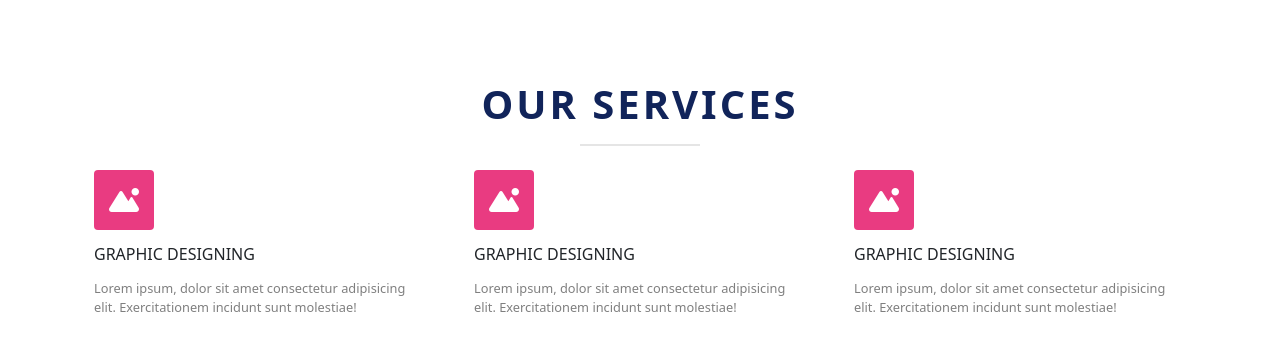
Repository: lhggiang/CaseStudy
Page: index.html
These files come from the project's save history. The page is drawn as it stood at one moment and after the next save; the edit follows.
The browser window is 1280 px wide. The pictures show the part of the page from y = 778 to 1347 px (the page is 1136 px tall before and 1347 px after).
Backgrounds fixed to the window are drawn as part of the page. Some web libraries are served in a nearby version. The style sheet was rebuilt from its Sass, Less or Tailwind sources for each picture, by a compiler version that may differ from the author's.

Above is the page before, as saved 2023-02-22 07:59:23.

After the next save:
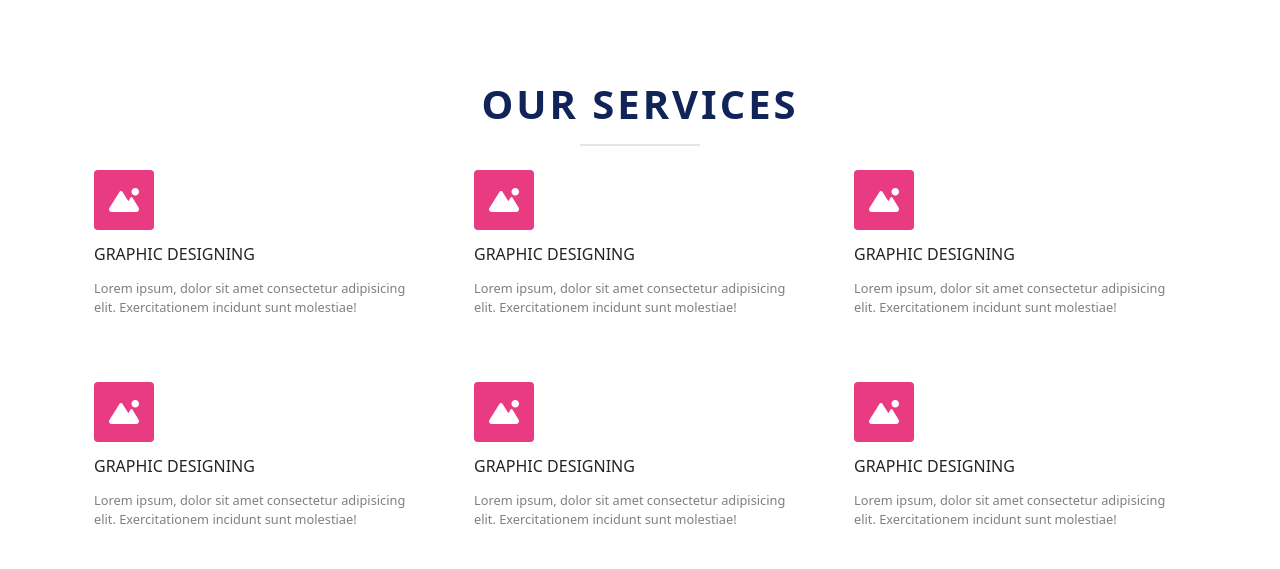
Saved 14 s later.
--- a/index.html
+++ b/index.html
@@ -101,6 +101,33 @@
                         Exercitationem incidunt sunt molestiae!
                     </p>
                 </div>
+                <div class="col-lg-4 col-sm-6 p-4">
+                    <div class="services__icon">
+                        <i class="fa-solid fa-mountain-sun"></i>
+                    </div>
+                    <h4 class="services__title">GRAPHIC DESIGNING</h4>
+                    <p class="services__content">Lorem ipsum, dolor sit amet consectetur adipisicing elit.
+                        Exercitationem incidunt sunt molestiae!
+                    </p>
+                </div>
+                <div class="col-lg-4 col-sm-6 p-4">
+                    <div class="services__icon">
+                        <i class="fa-solid fa-mountain-sun"></i>
+                    </div>
+                    <h4 class="services__title">GRAPHIC DESIGNING</h4>
+                    <p class="services__content">Lorem ipsum, dolor sit amet consectetur adipisicing elit.
+                        Exercitationem incidunt sunt molestiae!
+                    </p>
+                </div>
+                <div class="col-lg-4 col-sm-6 p-4">
+                    <div class="services__icon">
+                        <i class="fa-solid fa-mountain-sun"></i>
+                    </div>
+                    <h4 class="services__title">GRAPHIC DESIGNING</h4>
+                    <p class="services__content">Lorem ipsum, dolor sit amet consectetur adipisicing elit.
+                        Exercitationem incidunt sunt molestiae!
+                    </p>
+                </div>
             </div>
         </div>
     </div>
